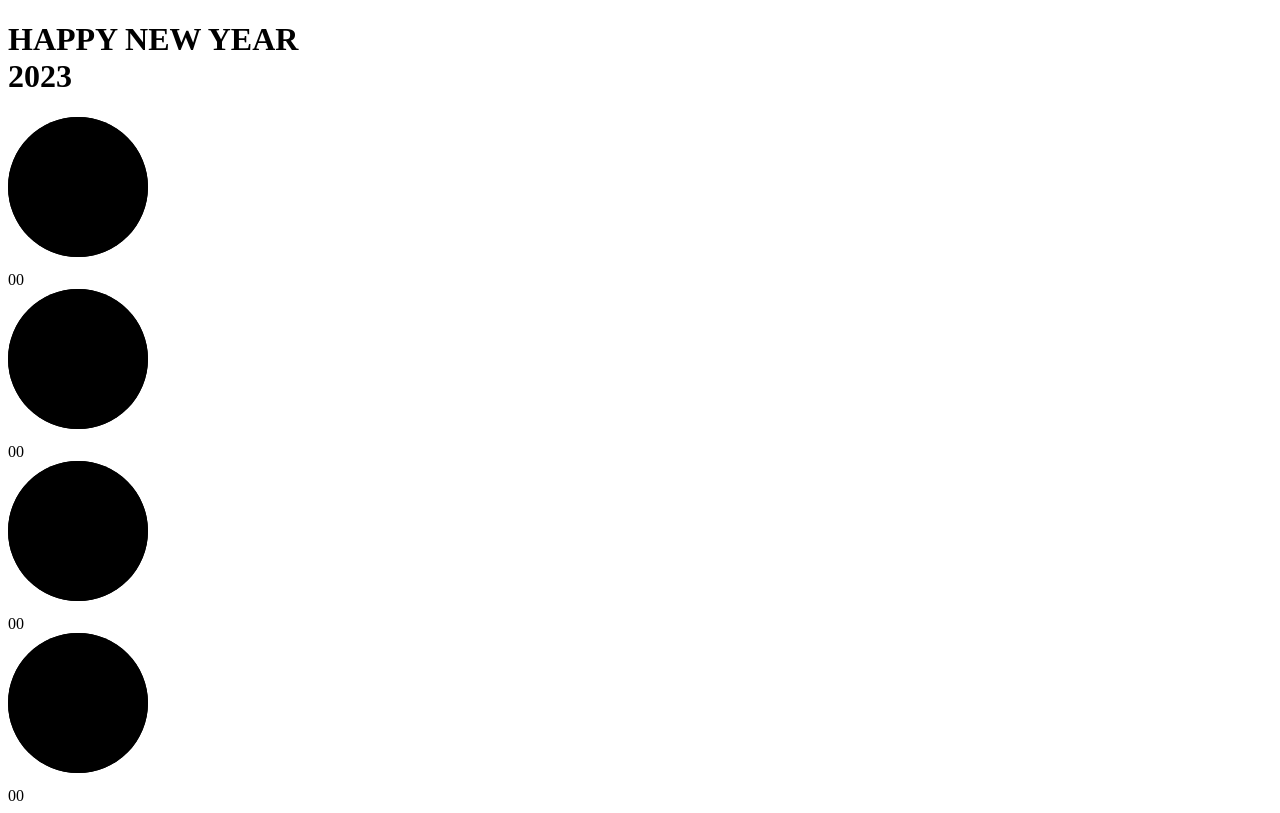
Repository: northpx/happyNY
Page: index.html
These files come from the project's save history. The page is drawn as it stood at one moment and after the next save; the edit follows.
The browser window is 1280 px wide. The pictures show the whole page.

Above is the page before, as saved 2022-12-31 10:40:09.

### index.html
<!DOCTYPE html>
<html lang="en">
<head>
    <meta charset="UTF-8">
    <meta http-equiv="X-UA-Compatible" content="IE=edge">
    <meta name="viewport" content="width=device-width, initial-scale=1.0">
    <title>Document</title>
</head>
<body>
    <h1>HAPPY NEW YEAR <br>2023</h1>
    <div class="circle" style="--clr:#fff">
        <div class="dots day_dot">
            <svg>
                <circle cx="70" cy="70" r="70"></circle>
                <circle cx="70" cy="70" r="70" id="dd"></circle>
            </svg>
            <div id="days">00</div>
        </div>
    </div>

    <div class="circle" style="--clr:#fff">
        <div class="dots hr_dot">
            <svg>
                <circle cx="70" cy="70" r="70"></circle>
                <circle cx="70" cy="70" r="70" id="hh"></circle>
            </svg>
            <div id="hours">00</div>
        </div>
    </div>

    <div class="circle" style="--clr:#fff">
        <div class="dots min_dot">
            <svg>
                <circle cx="70" cy="70" r="70"></circle>
                <circle cx="70" cy="70" r="70" id="mm"></circle>
            </svg>
            <div id="minutes">00</div>
        </div>
    </div>

    <div class="circle" style="--clr:#fff">
        <div class="dots sec_dot">
            <svg>
                <circle cx="70" cy="70" r="70"></circle>
                <circle cx="70" cy="70" r="70" id="ss"></circle>
            </svg>
            <div id="seconds">00</div>
        </div>
    </div>
</body>
<script src="script.js">
</script>
</html>

### script.js

//thong dich
//quote
// ??
//use strict
//
//biginteger
//conversion(number, bool)

After the next save:
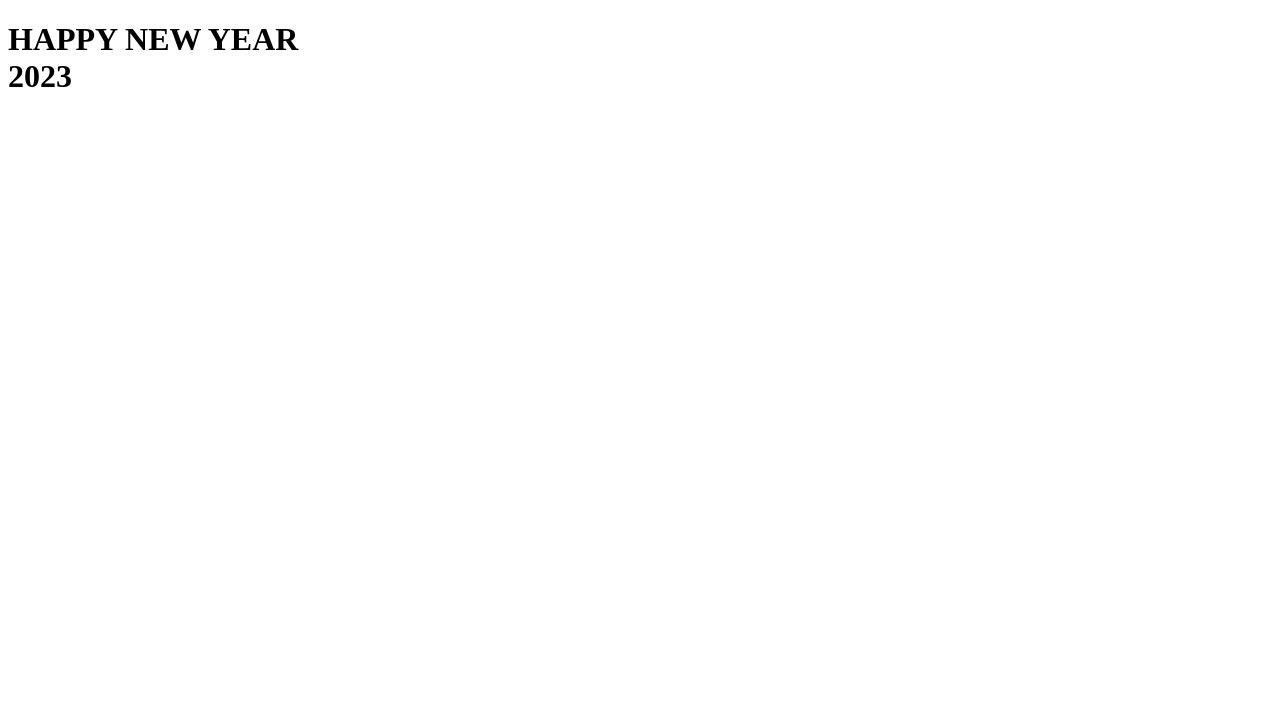
Saved 9 s later.
--- a/index.html
+++ b/index.html
@@ -8,45 +8,7 @@
 </head>
 <body>
     <h1>HAPPY NEW YEAR <br>2023</h1>
-    <div class="circle" style="--clr:#fff">
-        <div class="dots day_dot">
-            <svg>
-                <circle cx="70" cy="70" r="70"></circle>
-                <circle cx="70" cy="70" r="70" id="dd"></circle>
-            </svg>
-            <div id="days">00</div>
-        </div>
-    </div>
 
-    <div class="circle" style="--clr:#fff">
-        <div class="dots hr_dot">
-            <svg>
-                <circle cx="70" cy="70" r="70"></circle>
-                <circle cx="70" cy="70" r="70" id="hh"></circle>
-            </svg>
-            <div id="hours">00</div>
-        </div>
-    </div>
-
-    <div class="circle" style="--clr:#fff">
-        <div class="dots min_dot">
-            <svg>
-                <circle cx="70" cy="70" r="70"></circle>
-                <circle cx="70" cy="70" r="70" id="mm"></circle>
-            </svg>
-            <div id="minutes">00</div>
-        </div>
-    </div>
-
-    <div class="circle" style="--clr:#fff">
-        <div class="dots sec_dot">
-            <svg>
-                <circle cx="70" cy="70" r="70"></circle>
-                <circle cx="70" cy="70" r="70" id="ss"></circle>
-            </svg>
-            <div id="seconds">00</div>
-        </div>
-    </div>
 </body>
 <script src="script.js">
 </script>

After the 3 saves that followed:
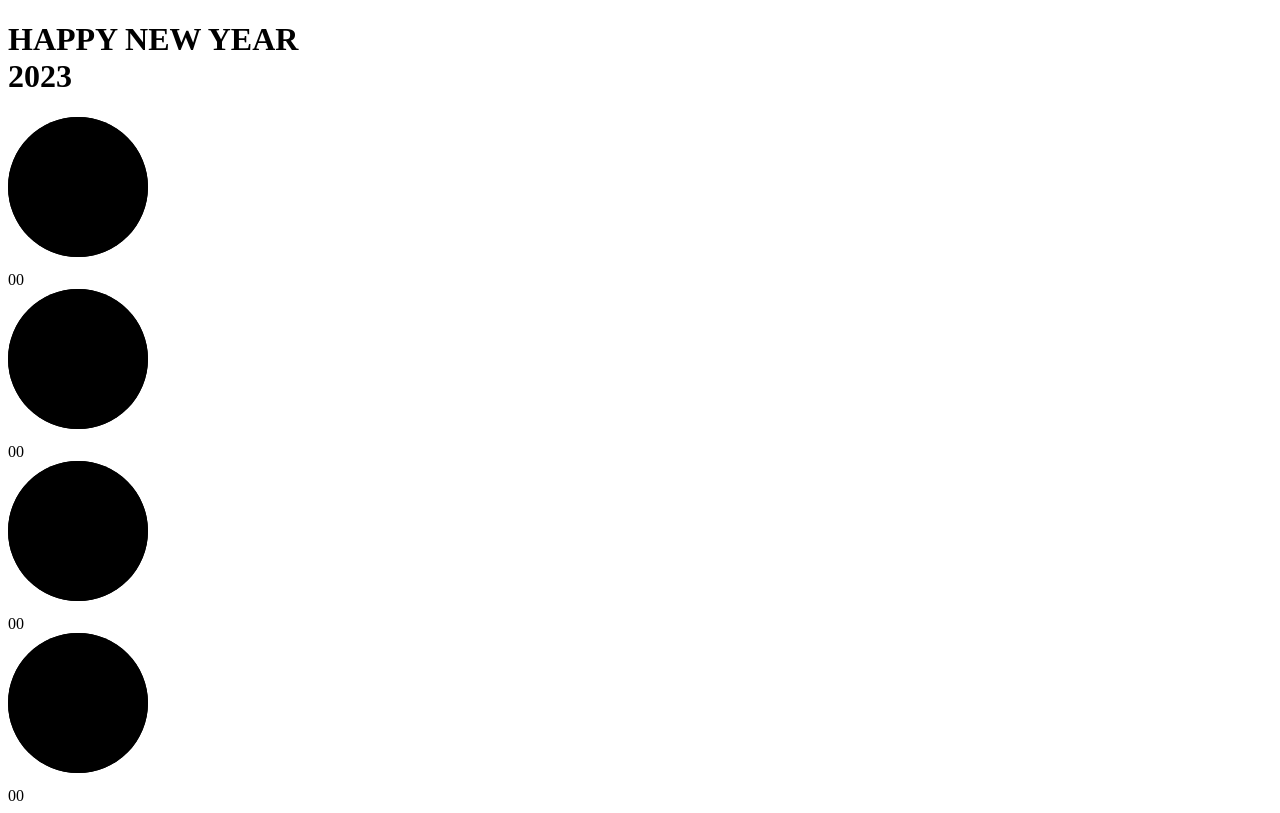
The 3 saves are shown as one change because they came seconds apart.
The last was saved 9 s later.
--- a/index.html
+++ b/index.html
@@ -8,7 +8,47 @@
 </head>
 <body>
     <h1>HAPPY NEW YEAR <br>2023</h1>
+    <div class="time">
+        <div class="circle" style="--clr:#fff">
+            <div class="dots day_dot">
+                <svg>
+                    <circle cx="70" cy="70" r="70"></circle>
+                    <circle cx="70" cy="70" r="70" id="dd"></circle>
+                </svg>
+                <div id="days">00</div>
+            </div>
+        </div>
 
+        <div class="circle" style="--clr:#fff">
+            <div class="dots hr_dot">
+                <svg>
+                    <circle cx="70" cy="70" r="70"></circle>
+                    <circle cx="70" cy="70" r="70" id="hh"></circle>
+                </svg>
+                <div id="hours">00</div>
+            </div>
+        </div>
+
+        <div class="circle" style="--clr:#fff">
+            <div class="dots min_dot">
+                <svg>
+                    <circle cx="70" cy="70" r="70"></circle>
+                    <circle cx="70" cy="70" r="70" id="mm"></circle>
+                </svg>
+                <div id="minutes">00</div>
+            </div>
+        </div>
+
+        <div class="circle" style="--clr:#fff">
+            <div class="dots sec_dot">
+                <svg>
+                    <circle cx="70" cy="70" r="70"></circle>
+                    <circle cx="70" cy="70" r="70" id="ss"></circle>
+                </svg>
+                <div id="seconds">00</div>
+            </div>
+        </div>
+    </div>
 </body>
 <script src="script.js">
 </script>
